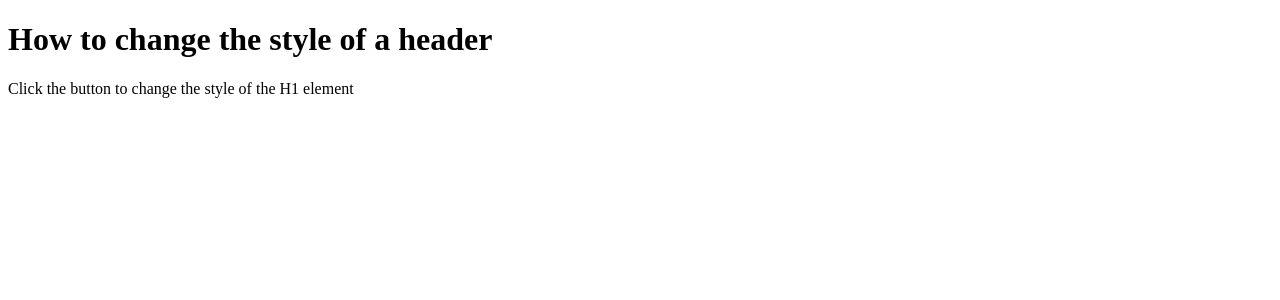
Repository: neem693/workspace
Page: studyhtml5/WebContent/ch05/practice_dom/practice_40.html
The author's editor kept a copy of each file at every save. The page is drawn from the files as they stood at one save, then again after the next save.
The browser window is 1280 px wide. The pictures show the whole page.

Above is the page before, as saved 2018-03-17 12:25:41.

### studyhtml5/WebContent/ch05/practice_dom/practice_40.html
<!DOCTYPE html>
<html>
<head>
<meta charset="UTF-8">
<meta name="viewport"
	content="width=device-width,initial-scale = 1.0" />
<title>Insert title here</title>



</head>
<body>

<h1 id = "myH1">How to change the style of a header</h1>

<p>Click the button to change the style of the H1 element</p>


</body>
</html>

After the next save:
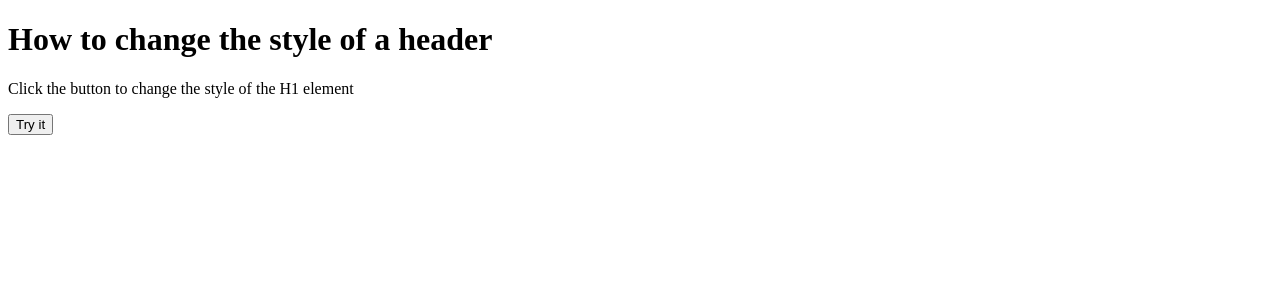
Saved 14 s later.
--- a/studyhtml5/WebContent/ch05/practice_dom/practice_40.html
+++ b/studyhtml5/WebContent/ch05/practice_dom/practice_40.html
@@ -14,6 +14,7 @@
 <h1 id = "myH1">How to change the style of a header</h1>
 
 <p>Click the button to change the style of the H1 element</p>
+<button onclick = 'myFunction()'>Try it</button>
 
 
 </body>
